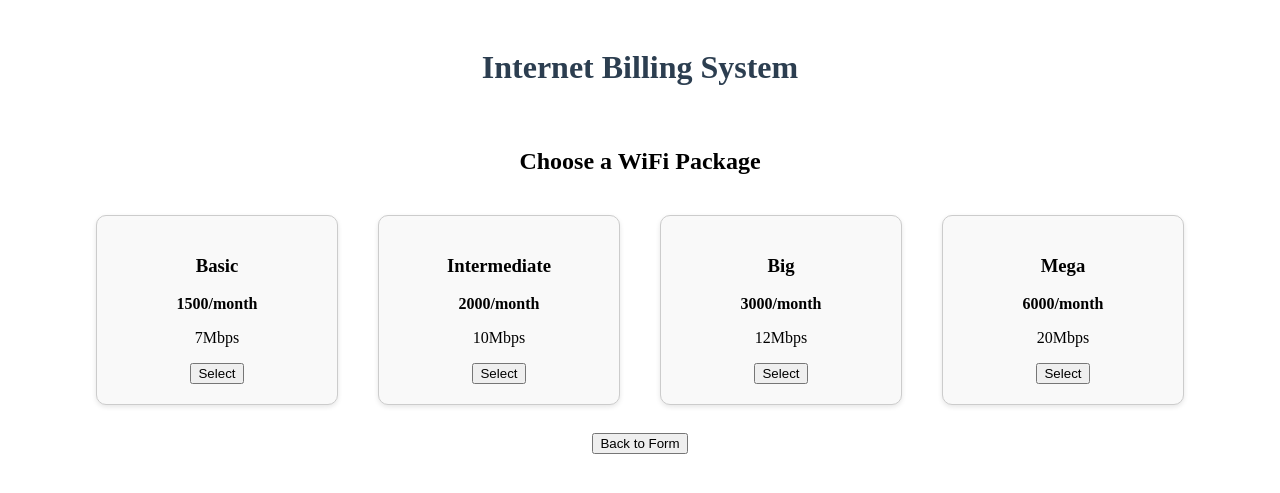
Repository: rachel648/system_Bill
Page: /packages (app in client/)
An editor plug-in stored every save of this project. The page is shown before and after the next save, followed by the edit.
The browser window is 1280 px wide. The pictures show the whole page.
The project was rebuilt for these pictures with package versions that can differ from the ones it lists, and the page was loaded fresh each time. Also part of the build but not shown: client/src/components/ServiceForm.js.

Above is the page before, as saved 2025-05-11 14:46:53.

After the next save:
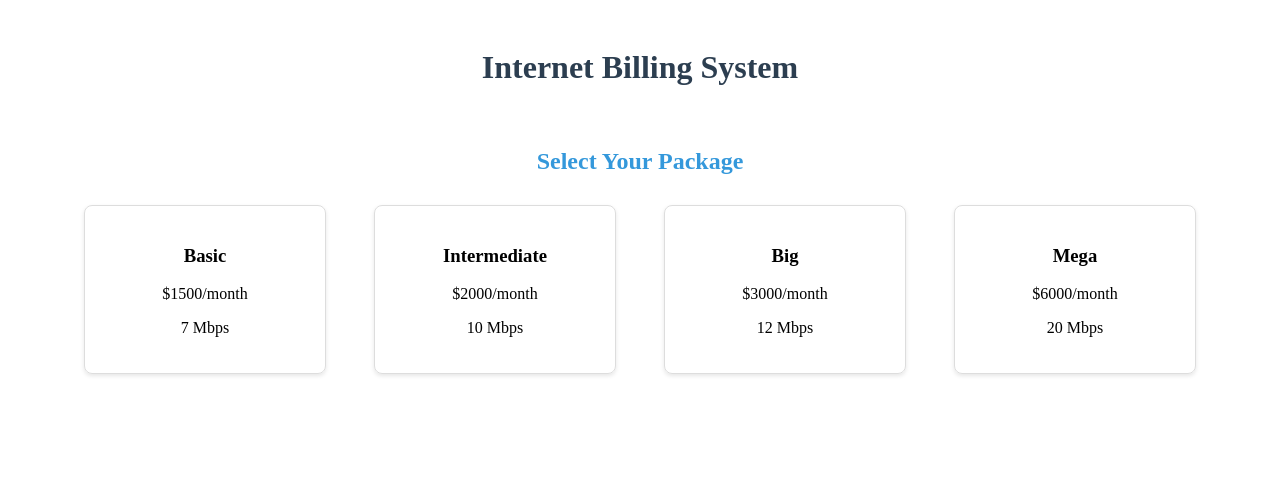
Saved 22 s later.
--- a/client/src/Packages.js
+++ b/client/src/Packages.js
@@ -1,53 +1,60 @@
 // Packages.js
 import React from 'react';
-import { useNavigate } from 'react-router-dom';
-
-const packages = [
-  { name: 'Basic', price: 1500, speed: '7Mbps' },
-  { name: 'Intermediate', price: 2000, speed: '10Mbps' },
-  { name: 'Big', price: 3000, speed: '12Mbps' },
-  { name: 'Mega', price: 6000, speed: '20Mbps' }
-];
-
-const cardStyle = {
-  border: '1px solid #ccc',
-  borderRadius: '10px',
-  padding: '20px',
-  margin: '10px',
-  width: '200px',
-  textAlign: 'center',
-  boxShadow: '0 2px 5px rgba(0, 0, 0, 0.1)',
-  backgroundColor: '#f9f9f9'
-};
-
-const containerStyle = {
-  display: 'flex',
-  justifyContent: 'center',
-  flexWrap: 'wrap',
-  gap: '20px',
-  marginTop: '30px'
-};
 
 const Packages = () => {
-  const navigate = useNavigate();
+  return (
+    <div style={styles.container}>
+      <h2 style={styles.heading}>Select Your Package</h2>
 
-  return (
-    <div style={{ textAlign: 'center', padding: '20px' }}>
-      <h2>Choose a WiFi Package</h2>
-      <div style={containerStyle}>
-        {packages.map((pkg, index) => (
-          <div key={index} style={cardStyle}>
-            <h3>{pkg.name}</h3>
-            <p><strong>{pkg.price}/month</strong></p>
-            <p>{pkg.speed}</p>
-            <button onClick={() => navigate('/')}>Select</button>
-          </div>
-        ))}
+      <div style={styles.cardContainer}>
+        <div style={styles.card}>
+          <h3>Basic</h3>
+          <p>$1500/month</p>
+          <p>7 Mbps</p>
+        </div>
+        <div style={styles.card}>
+          <h3>Intermediate</h3>
+          <p>$2000/month</p>
+          <p>10 Mbps</p>
+        </div>
+        <div style={styles.card}>
+          <h3>Big</h3>
+          <p>$3000/month</p>
+          <p>12 Mbps</p>
+        </div>
+        <div style={styles.card}>
+          <h3>Mega</h3>
+          <p>$6000/month</p>
+          <p>20 Mbps</p>
+        </div>
       </div>
-      <br />
-      <button onClick={() => navigate('/')}>Back to Form</button>
     </div>
   );
 };
 
+const styles = {
+  container: {
+    padding: '20px',
+    textAlign: 'center'
+  },
+  heading: {
+    color: '#3498db',
+    marginBottom: '20px'
+  },
+  cardContainer: {
+    display: 'flex',
+    justifyContent: 'space-around',
+    flexWrap: 'wrap'
+  },
+  card: {
+    width: '200px',
+    padding: '20px',
+    border: '1px solid #ddd',
+    borderRadius: '8px',
+    margin: '10px',
+    boxShadow: '0 2px 4px rgba(0,0,0,0.1)',
+    textAlign: 'center'
+  }
+};
+
 export default Packages;
